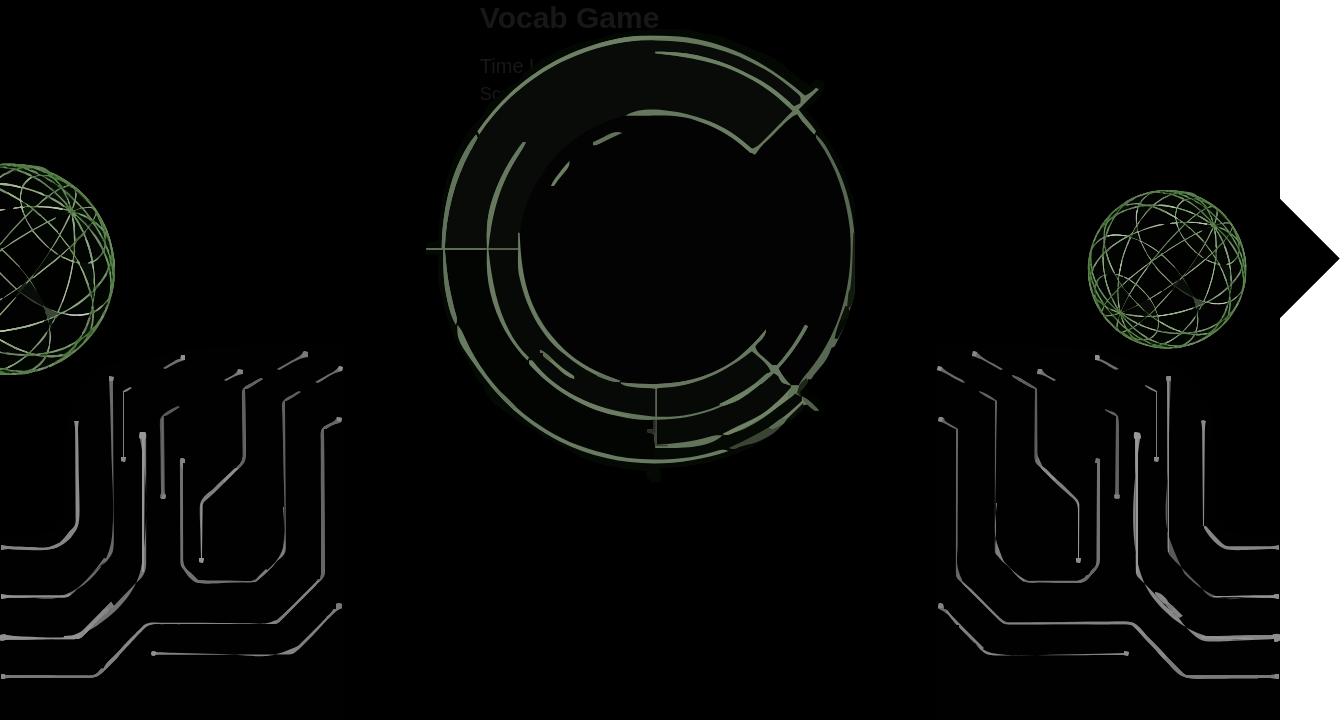
Repository: oxniw/bio-vocab
Page: /game
The author's editor kept a copy of each file at every save. The page is drawn from the files as they stood at one save, then again after the next save.
The browser window is 1280 px wide. The page is 1340 px wide, so the pictures cover 1340 px, including what lies to the right of the window. The pictures show the whole page.
The project was rebuilt for these pictures with package versions that can differ from the ones it lists, and the page was loaded fresh each time. The framework's server and built-in components were replaced by stand-ins that run in the browser. Also part of the build but not shown: next.config.ts.

Above is the page before, as saved 2025-04-03 22:19:02.

After the next save:
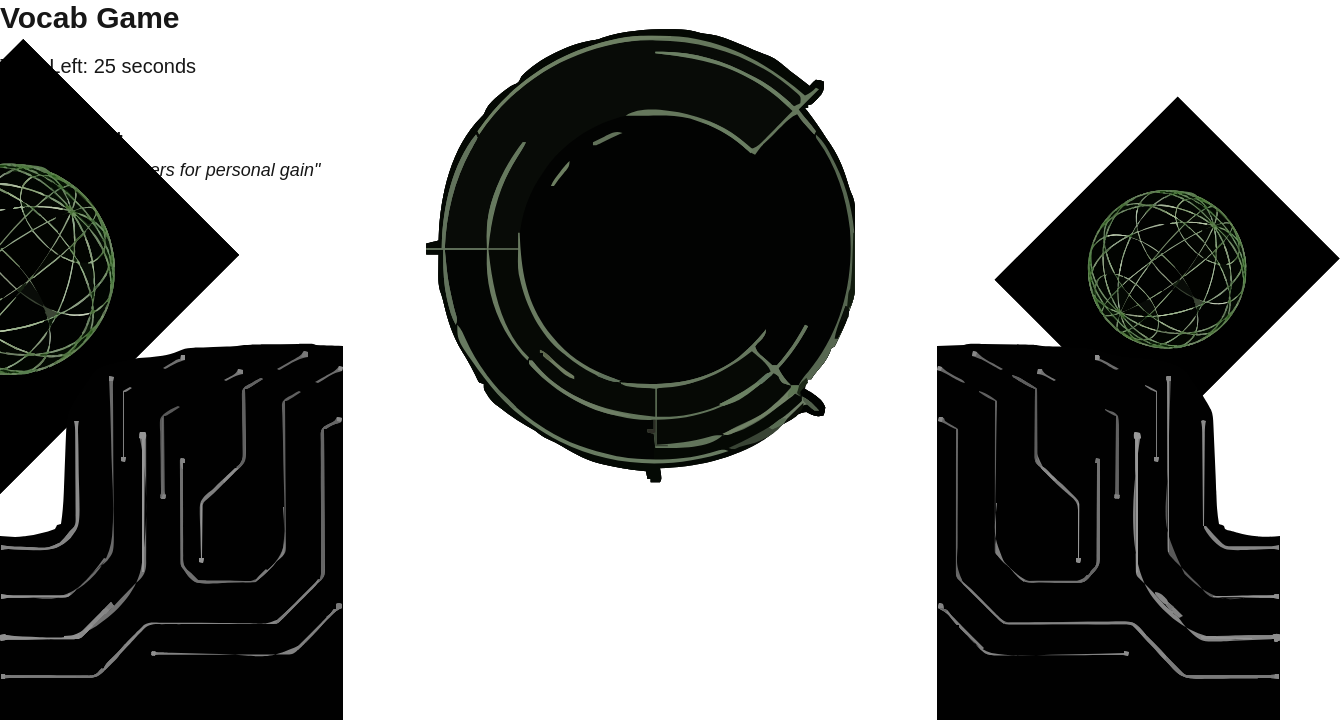
Saved 28 s later.
--- a/src/app/game/page.jsx
+++ b/src/app/game/page.jsx
@@ -94,28 +94,28 @@
       height={411 }
       priority
       />
-      <div>
-      <h1 className="text-3xl font-bold mb-4">Vocab Game</h1>
-      <p className="text-xl">Time Left: {timeLeft} seconds</p>
-      <p className="text-lg">Score: {score}</p>
-      {gameOver ? (
-        <button className="mt-4 p-2 bg-blue-500 text-white rounded" onClick={startGame}>
-          Restart Game
-        </button>
-      ) : (
-        <>
-          <p className="text-2xl font-semibold mt-4">{currentWord}</p>
-          <p className="text-lg italic mb-4">"{currentDef}"</p>
-          <div className="flex gap-4">
-            <button className="p-2 bg-green-500 text-white rounded" onClick={() => handleAnswer(true)}>
-              Yes
-            </button>
-            <button className="p-2 bg-red-500 text-white rounded" onClick={() => handleAnswer(false)}>
-              No
-            </button>
-          </div>
-        </>
-      )}
+      <div className='w-full h-screen bg-white'>
+        <h1 className="text-3xl font-bold mb-4">Vocab Game</h1>
+        <p className="text-xl">Time Left: {timeLeft} seconds</p>
+        <p className="text-lg">Score: {score}</p>
+        {gameOver ? (
+          <button className="mt-4 p-2 bg-blue-500 text-white rounded" onClick={startGame}>
+            Restart Game
+          </button>
+        ) : (
+          <>
+            <p className="text-2xl font-semibold mt-4">{currentWord}</p>
+            <p className="text-lg italic mb-4">"{currentDef}"</p>
+            <div className="flex gap-4">
+              <button className="p-2 bg-green-500 text-white rounded" onClick={() => handleAnswer(true)}>
+                Yes
+              </button>
+              <button className="p-2 bg-red-500 text-white rounded" onClick={() => handleAnswer(false)}>
+                No
+              </button>
+            </div>
+          </>
+        )}
       </div>
 
 
